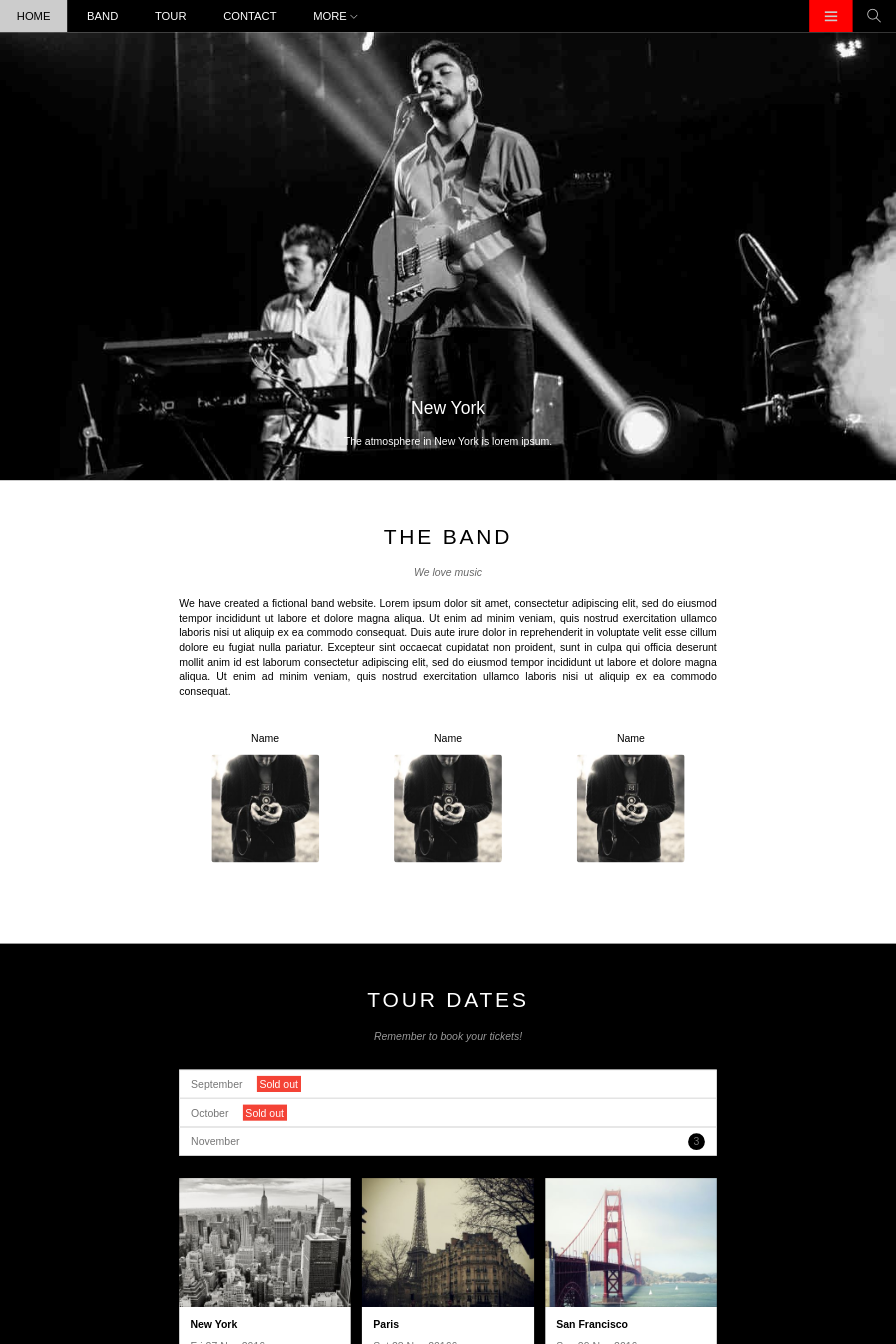
Repository: BrandonTuan777/The_Band
Page: index.html
An editor plug-in stored every save of this project. The page is shown before and after the next save, followed by the edit.
The browser window is 1280 px wide. The pictures show the part of the page from y = 0 to 1920 px (the page is 3524 px tall), at 70% of full size.
The pointer rests on the first visible `#header .mobile-menu-btn`.

Above is the page before, as saved 2022-04-11 20:47:51.

### index.html
<!DOCTYPE html>
<html lang="en">
  <head>
    <meta charset="UTF-8" />
    <meta http-equiv="X-UA-Compatible" content="IE=edge" />
    <meta name="viewport" content="width=device-width, initial-scale=1.0" />
    <title>The Band</title>
    <link
      rel="shortcut icon"
      type="image/jpg"
      href="./assets/img/favicon/01d1b4547ce03c3ec499c827caac4a72.jpg"
    />
    <link rel="stylesheet" href="./assets/css/styles.css" />
    <link rel="stylesheet" href="./assets/css/responsive.css" />

    <link
      rel="stylesheet"
      href="./assets//fonts/themify-icons/themify-icons.css"
    />
  </head>
  <body>
    <div id="main">
      <div id="header">
        <!-- Begin:Nav -->
        <ul id="nav">
          <li><a href="#">Home</a></li>
          <li><a href="#band">Band</a></li>
          <li><a href="#tour">Tour</a></li>
          <li><a href="#contact">Contact</a></li>
          <li>
            <a href="">
              More
              <i class="nav-arrow-down ti-angle-down"></i>
            </a>
            <ul class="subnav">
              <li><a href="#">Merchandise</a></li>
              <li><a href="#">Extras</a></li>
              <li><a href="#">Media</a></li>
            </ul>
          </li>
        </ul>
        <!-- End:Nav -->

        <!-- Begin:Search button -->
        <div class="search-btn">
          <i class="search-icon ti-search"></i>
        </div>

        <div class="mobile-menu-btn">
          <i class="menu-icon ti-menu"></i>
        </div>
        <!-- End:Search button -->
      </div>

      <div id="slider">
        <div class="text-content">
          <h2 class="text-heading">New York</h2>
          <div class="text-description">
            The atmosphere in New York is lorem ipsum.
          </div>
        </div>
      </div>

      <div id="content">
        <!--About section  -->
        <div id="band" class="content-section">
          <h2 class="section-heading">THE BAND</h2>
          <p class="section-sub-heading">We love music</p>
          <p class="about-text">
            We have created a fictional band website. Lorem ipsum dolor sit
            amet, consectetur adipiscing elit, sed do eiusmod tempor incididunt
            ut labore et dolore magna aliqua. Ut enim ad minim veniam, quis
            nostrud exercitation ullamco laboris nisi ut aliquip ex ea commodo
            consequat. Duis aute irure dolor in reprehenderit in voluptate velit
            esse cillum dolore eu fugiat nulla pariatur. Excepteur sint occaecat
            cupidatat non proident, sunt in culpa qui officia deserunt mollit
            anim id est laborum consectetur adipiscing elit, sed do eiusmod
            tempor incididunt ut labore et dolore magna aliqua. Ut enim ad minim
            veniam, quis nostrud exercitation ullamco laboris nisi ut aliquip ex
            ea commodo consequat.
          </p>
          <div class="row member-list">
            <div class="text-center col col-third">
              <p class="member-name">Name</p>
              <img
                class="member-img"
                src="./assets/img/team/member1.jpg"
                alt=""
              />
            </div>
            <div class="text-center col col-third">
              <p class="member-name">Name</p>
              <img
                class="member-img"
                src="./assets/img/team/member1.jpg"
                alt=""
              />
            </div>
            <div class="text-center col col-third">
              <p class="member-name">Name</p>
              <img
                class="member-img"
                src="./assets/img/team/member1.jpg"
                alt=""
              />
            </div>
          </div>
        </div>
        <!-- Tour section -->
        <div id="tour" class="tour-section">
          <div class="content-section">
            <h2 class="section-heading text-white">TOUR DATES</h2>
            <p class="section-sub-heading text-white">
              Remember to book your tickets!
            </p>
            <!-- Tickets -->
            <ul class="ticket-list">
              <li>September <span class="sold-out">Sold out</span></li>
              <li>October <span class="sold-out">Sold out</span></li>
              <li>November <span class="quantity">3</span></li>
            </ul>

            <!-- Places -->
            <div class="row places-list">
              <div class="col col-third">
                <img
                  src="./assets/img/places/places1.jpg"
                  alt=""
                  class="place-img"
                />
                <div class="place-body">
                  <h3 class="place-heading">New York</h3>
                  <p class="place-time">Fri 27 Nov 2016</p>
                  <p class="place-description">
                    Praesent tincidunt sed tellus ut rutrum sed vitae justo.
                  </p>
                  <a href="#" class="btn">Buy Tickets</a>
                </div>
              </div>
              <div class="col col-third">
                <img
                  src="./assets/img/places/places2.jpg"
                  alt=""
                  class="place-img"
                />
                <div class="place-body">
                  <h3 class="place-heading">Paris</h3>
                  <p class="place-time">Sat 28 Nov 20166</p>
                  <p class="place-description">
                    Praesent tincidunt sed tellus ut rutrum sed vitae justo.
                  </p>
                  <a href="#" class="btn">Buy Tickets</a>
                </div>
              </div>
              <div class="col col-third">
                <img
                  src="./assets/img/places/places3.jpg"
                  alt=""
                  class="place-img"
                />
                <div class="place-body">
                  <h3 class="place-heading">San Francisco</h3>
                  <p class="place-time">Sun 29 Nov 2016</p>
                  <p class="place-description">
                    Praesent tincidunt sed tellus ut rutrum sed vitae justo.
                  </p>
                  <a href="#" class="btn">Buy Tickets</a>
                </div>
              </div>
            </div>
          </div>
        </div>
        <!--Begin: Contact section -->
        <div id="contact" class="content-section">
          <h2 class="section-heading">CONTACT</h2>
          <p class="section-sub-heading">Fan? Drop a note!</p>
          <div class="row contact-content">
            <div class="col col-half contact-info">
              <p><i class="ti-location-pin"></i>Chicago, US</p>
              <p><i class="ti-mobile"></i>Phone: +00 151515</p>
              <p><i class="ti-email"></i>Email: mail@mail.com</p>
            </div>
            <div class="col col-half contact-form">
              <form action="">
                <div class="row">
                  <div class="col col-half">
                    <input
                      type="text"
                      name=""
                      id=""
                      required
                      placeholder="Name"
                      class="form-control"
                    />
                  </div>
                  <div class="col col-half">
                    <input
                      type="email"
                      name=""
                      id=""
                      required
                      placeholder="Email"
                      class="form-control"
                    />
                  </div>
                </div>
                <div class="row mt-8">
                  <div class="col col-full">
                    <input
                      type="text"
                      name=""
                      id=""
                      required
                      placeholder="Message"
                      class="form-control"
                    />
                  </div>
                </div>
                <input
                  class="pull-rigth btn mt-16"
                  type="submit"
                  value="SEND"
                />
              </form>
            </div>
          </div>
        </div>
        <!--End: Contact section -->
        <div class="map-section">
          <img src="./assets/img/map/map.jpg" alt="" />
        </div>
      </div>
      <!-- Footer -->
      <div id="footer">
        <div class="social">
          <a href=""><i class="ti-facebook"></i></a>
          <a href=""><i class="ti-instagram"></i></a>
          <a href=""><i class="ti-youtube"></i></a>
          <a href=""><i class="ti-pinterest"></i></a>
          <a href=""><i class="ti-twitter-alt"></i></a>
          <a href=""><i class="ti-linkedin"></i></a>
        </div>
        <p class="copy-right">
          Powered by
          <a href="https://www.w3schools.com/w3css/default.asp" target="_blank"
            >w3.css</a
          >
        </p>
      </div>
    </div>
  </body>
</html>

### assets/css/styles.css
/* Reset CSS */
* {
  padding: 0;
  margin: 0;
  box-sizing: border-box;
}

html {
  font-family: Arial, Helvetica, sans-serif;
  scroll-behavior: smooth;
}

/* Common */
.clear {
  clear: both;
}

.text-white {
  color: #fff !important;
}

.row {
  margin-left: -8px;
  margin-right: -8px;
}

.row::after {
  content: "";
  display: block;
  clear: both;
}

.col-half {
  width: 50%;
}

.col-full {
  width: 100%;
}

.col {
  float: left;
  padding-left: 8px;
  padding-right: 8px;
}

.col-third {
  width: 33.333%;
}

.text-center {
  text-align: center !important;
}

.mt-8 {
  margin-top: 8px !important;
}

.mt-16 {
  margin-top: 16px !important;
}

.btn {
  color: #fff;
  background-color: #000;
  text-decoration: none;
  padding: 11px 16px;
  display: inline-block;
  margin-top: 15px;
}

.btn:hover {
  color: #000;
  background-color: #757575;
  border: none;
}

.pull-rigth {
  float: right !important;
}

/* Main */
#main {
}

#header {
  position: fixed;
  top: 0;
  left: 0;
  right: 0;
  height: 46px;
  background-color: #000;
  z-index: 1;
  overflow: hidden;
}

#nav {
  display: inline-block;
}

#nav,
.subnav {
  list-style: none;
}

#nav > li {
  display: inline-block;
}

#nav li {
  position: relative;
}

#nav > li > a {
  color: white;
  text-transform: uppercase;
}

#nav li a {
  text-decoration: none;
  line-height: 46px;
  padding: 0 24px;
  display: block;
}

#nav li:hover .subnav {
  display: block;
}

#nav .subnav li:hover a,
#nav > li:hover > a {
  color: #000;
  background-color: #ccc;
}

#nav .subnav {
  display: none;
  min-width: 160px;
  top: 100%;
  left: 0;
  position: absolute;
  background-color: #fff;
  box-shadow: 0 0 10px rgba(0, 0, 0, 0.3);
}

#nav .subnav a {
  color: #000;
  padding: 0 12px;
  line-height: 38px;
}

#nav .nav-arrow-down {
  font-size: 11px;
}
#header .mobile-menu-btn,
#header .search-btn {
  float: right;
  padding: 0 21px;
}

#header .search-btn:hover {
  background-color: red;
  cursor: pointer;
}

#header .mobile-menu-btn:hover{
  background-color: red;

}

#header .menu-icon,
#header .search-icon {
  color: #ccc;
  font-size: 20px;
  line-height: 46px;
}

#slider {
  position: relative;
  margin-top: 46px;
  padding-top: 50%;
  background: url("/assets/img/slider/slider1.jpg") top center / cover no-repeat;
}

#slider .text-content {
  position: absolute;
  bottom: 47px;
  color: #fff;
  text-align: center;
  /* transform: translateX(-50%);
  left: 50%; */
  width: 100%;
}

#slider .text-heading {
  font-weight: 500;
  font-size: 25px;
}

#slider .text-description {
  font-size: 15px;
  margin-top: 25px;
}

#content {
}

#content .content-section {
  width: 800px;
  max-width: 100%;
  padding: 64px 0 112px;
  margin-left: auto;
  margin-right: auto;
  padding-left: 16px;
  padding-right: 16px;
}

#content .section-heading {
  font-size: 30px;
  text-align: center;
  font-weight: 500;
  letter-spacing: 4px;
}
#content .section-sub-heading {
  font-size: 15px;
  text-align: center;
  margin-top: 25px;
  font-style: italic;
  opacity: 0.6;
}

#content .about-text {
  margin-top: 25px;
  font-size: 15px;
  text-align: justify;
  line-height: 1.4;
}

#content .member-list {
  margin-top: 48px;
}

#content .member-item {
  text-align: center;
}

#content .member-name {
  font-size: 15px;
}

#content .member-img {
  width: 154px;
  margin-top: 15px;
  border-radius: 4px;
}

/* Tour section */
.tour-section {
  background-color: #000;
}

.ticket-list {
  margin-top: 40px;
  background-color: #fff;
}

.ticket-list li {
  font-size: 15px;
  padding: 11px 16px;
  border: 1px solid #ddd;
  color: #757575;
  list-style: none;
}

.ticket-list .sold-out {
  background-color: #f44336 !important;
  color: #fff;
  padding: 3px 4px;
  margin-left: 16px;
}

.ticket-list .quantity {
  float: right;
  width: 24px;
  height: 24px;
  background-color: #000;
  border-radius: 50%;
  text-align: center;
  line-height: 24px;
  margin-top: -3px;
}

/* Places */

.places-list {
  margin-top: 32px;
}
.place-img {
  width: 100%;
  display: block;
}
.place-img:hover {
  opacity: 0.6;
}
.place-body {
  padding: 16px;
  font-size: 15px;
  background-color: #fff;
}
.place-heading {
  font-size: 15px;
  font-weight: 600;
}
.place-time {
  margin-top: 15px;
  color: #757575;
}
.place-description {
  margin-top: 15px;
  line-height: 1.4;
}

/* Contact form */

.contact-content {
  margin-top: 48px;
}

.contact-info {
  font-size: 18px;
  line-height: 1.4;
}
.contact-info i[class*="ti-"] {
  width: 30px;
  display: inline-block;
}

.contact-form {
  font-size: 15px;
}

.contact-form .form-control {
  border: 1px solid #ccc;
  width: 100%;
  padding: 10px;
}

/* Map section */

.map-section img {
  width: 100%;
}

#footer {
  padding: 64px 16px;
  text-align: center;
}

#footer .social {
  font-size: 20px;
  margin-bottom: 20px;
}

#footer .social a {
  color: rgba(0, 0, 0, 0.6);
  text-decoration: none;

}

#footer .copy-right:hover,
#footer .social a:hover{
  color: rgba(0, 0, 0, 0.4);
}


#footer .copy-right  {
  color: rgba(0, 0, 0, 0.6);

}

#footer .copy-right  a{
  color: rgba(0, 0, 0, 0.6);

}

### assets/css/responsive.css
/* PC */
@media (min-width: 1024px) {

}
/* Tablet */
@media (min-width: 740px) and (max-width: 1023px) {

}
/* Mobile */

@media (max-width: 740px) {
    #nav > li{
        display: block;
    }
    #header .search-btn{
        display: none;
    }
}

Loaded but not shown: assets/fonts/themify-icons/themify-icons.css (common file)

After the next save:
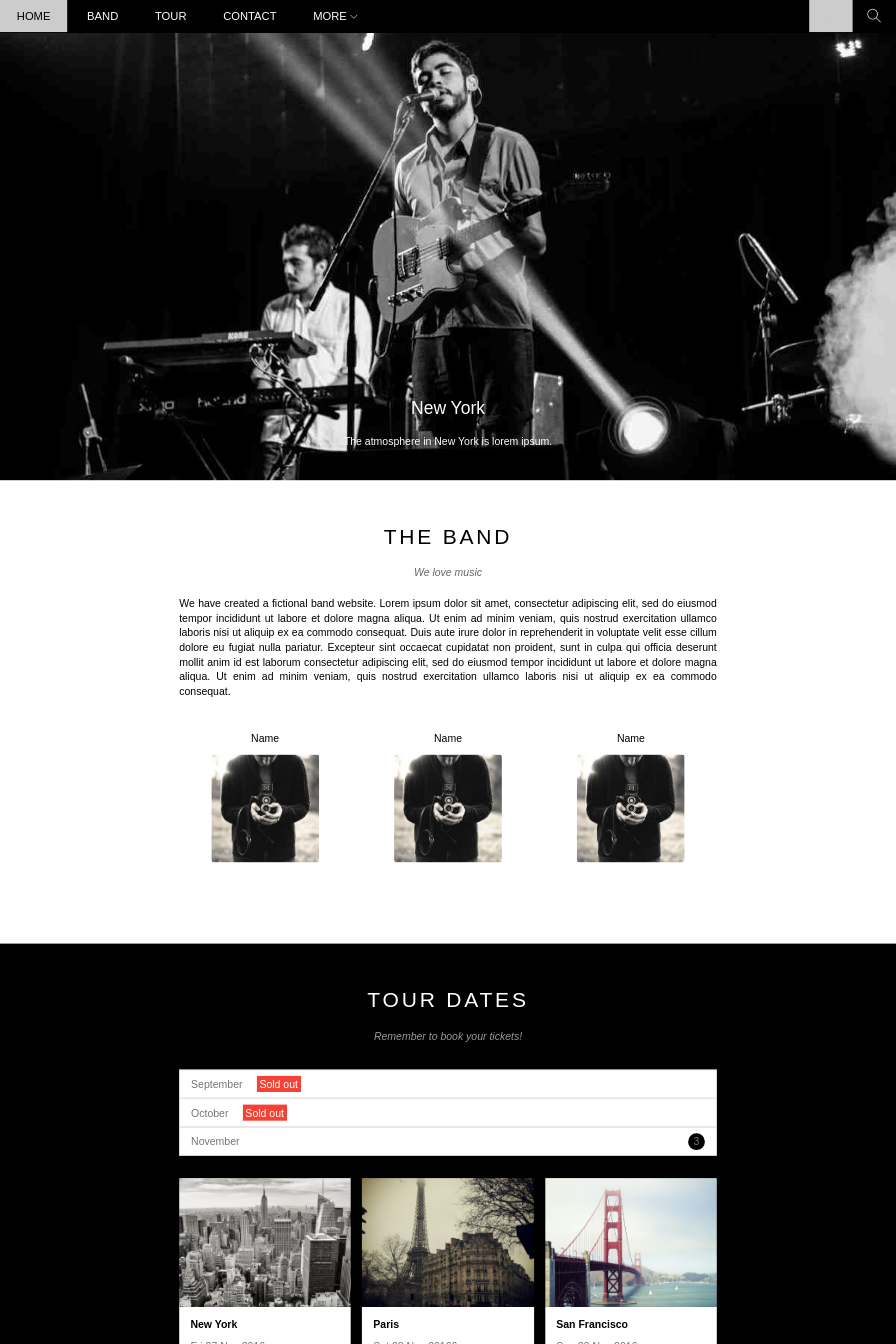
Saved 10 s later.
--- a/assets/css/styles.css
+++ b/assets/css/styles.css
@@ -164,7 +164,7 @@ html {
 }
 
 #header .mobile-menu-btn:hover{
-  background-color: red;
+  background-color: #ccc;
 
 }
 
